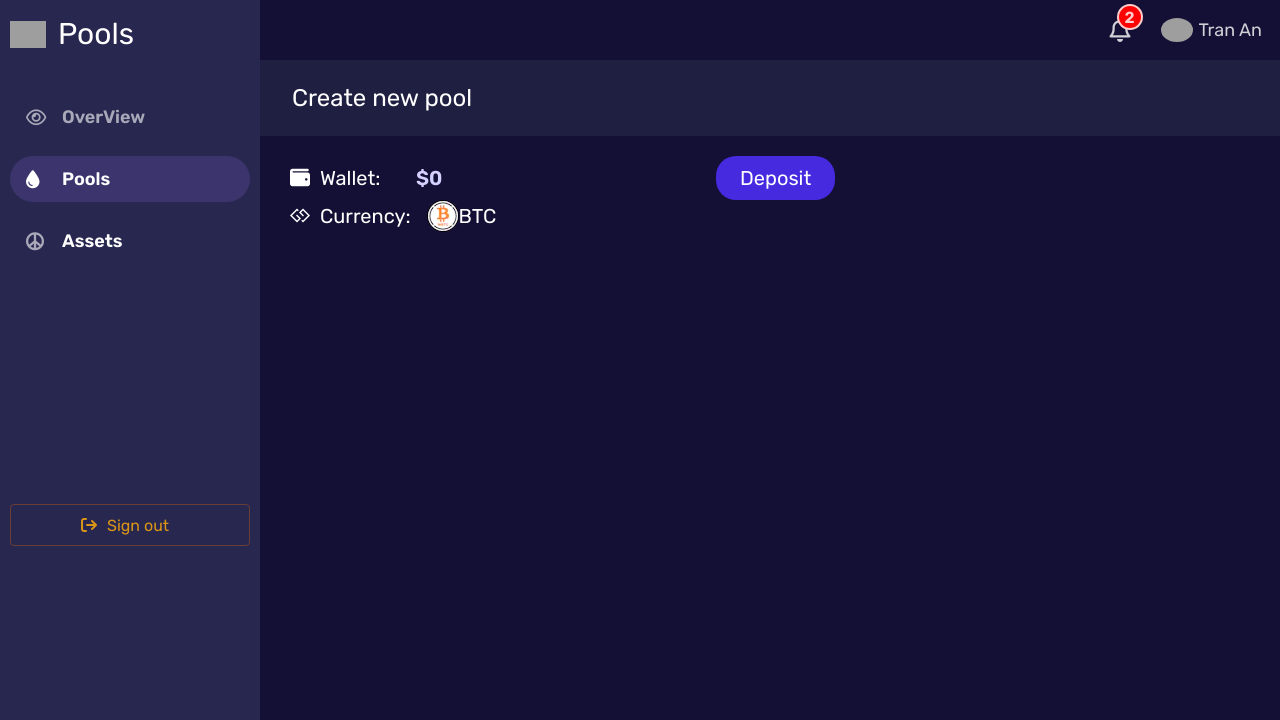
Repository: quynh232000/pools
Page: pool/create-pool.html
An editor plug-in stored every save of this project. The page is shown before and after the next save, followed by the edit.
The browser window is 1280 px wide. The pictures show the whole page.
Pictures or frames that could not be fetched are drawn as grey boxes.

Above is the page before, as saved 2023-07-14 00:32:49.

After the next save:
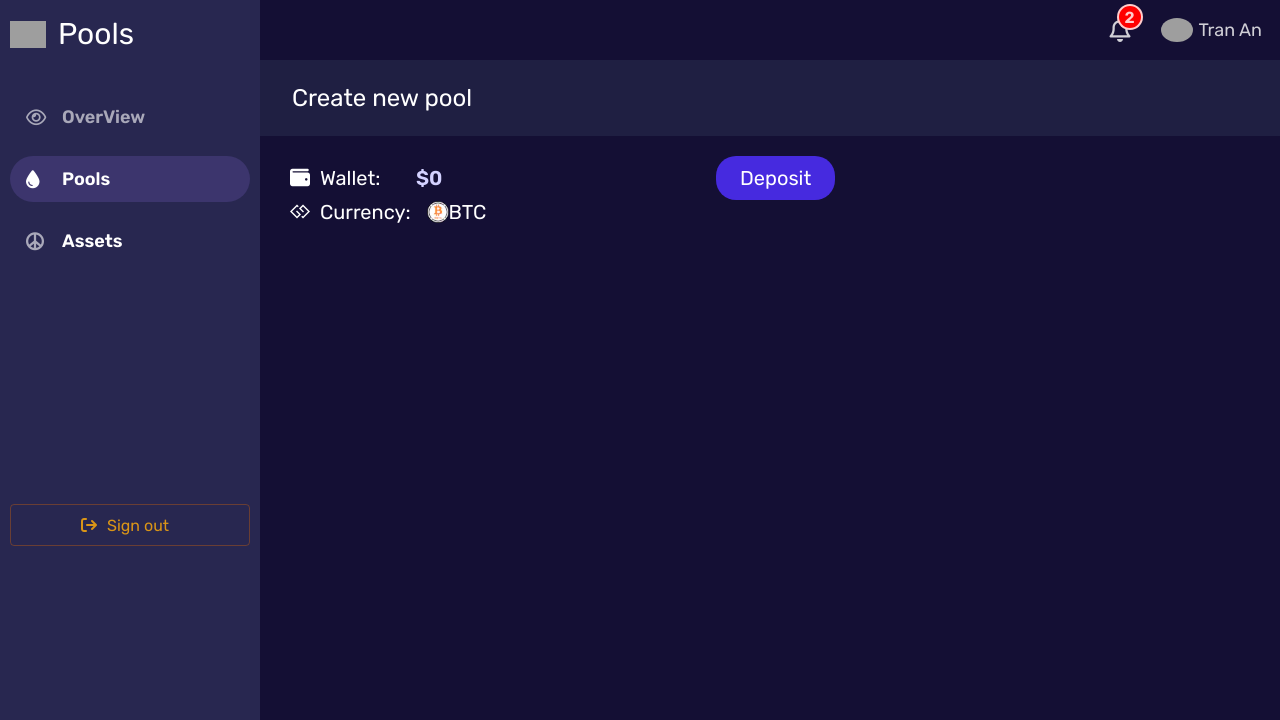
Saved 19 s later.
--- a/src/css/create-pool.css
+++ b/src/css/create-pool.css
@@ -39,3 +39,7 @@
     display: flex;
     align-items: center;
 }
+.type-money-item img{
+    width: 22px;
+    height: 22px;
+}
